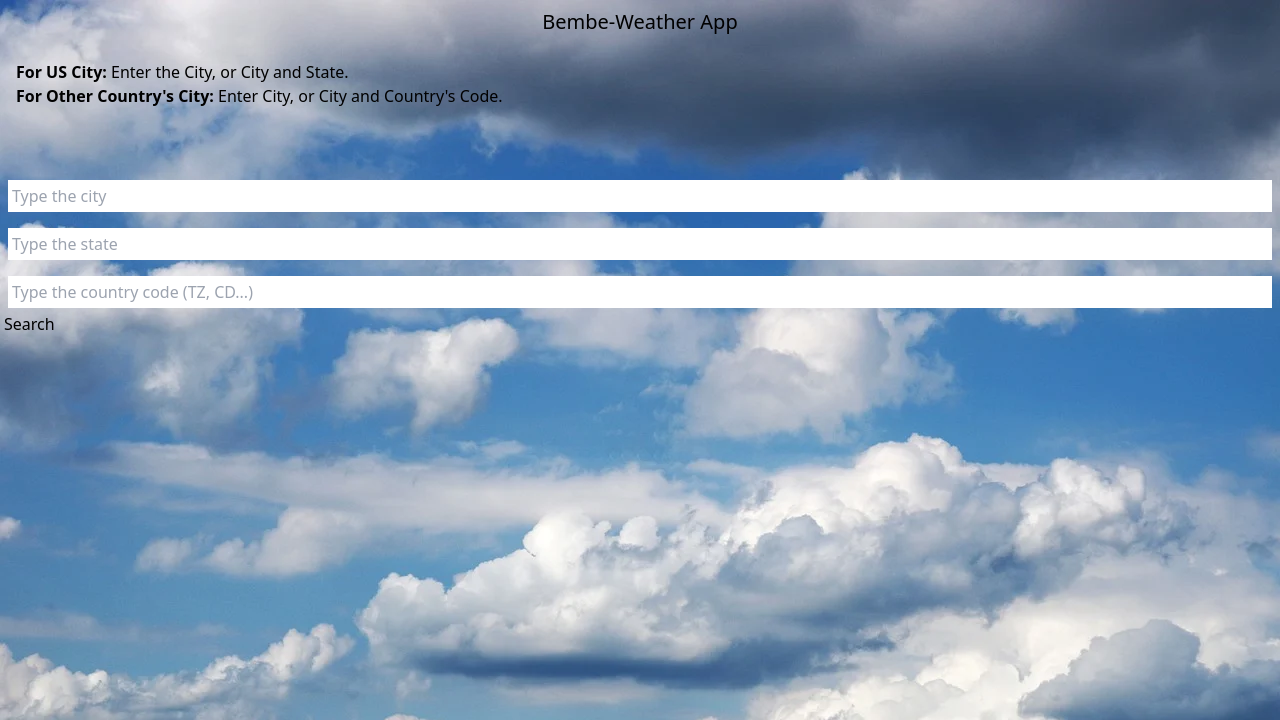
Repository: ShindanoSingi/bembe-weather
Page: /
The author's editor kept a copy of each file at every save. The page is drawn from the files as they stood at one save, then again after the next save.
The browser window is 1280 px wide. The pictures show the whole page.
The page's requests for data from a server got no answer. The project was rebuilt for these pictures with package versions that can differ from the ones it lists, and the page was loaded fresh each time. No one was signed in, and anything a server would have sent is missing.

Above is the page before, as saved 2022-09-14 03:09:54.

### public/index.html
<!DOCTYPE html>
<html lang="en">

<head>
  <meta charset="utf-8" />
  <link rel="icon" href="%PUBLIC_URL%/favicon.ico" />
  <meta name="viewport" content="width=device-width, initial-scale=1" />
  <meta name="theme-color" content="#000000" />
  <meta name="description" content="Web site created using create-react-app" />
  <link rel="apple-touch-icon" href="%PUBLIC_URL%/logo192.png" />
  <!--
      manifest.json provides metadata used when your web app is installed on a
      user's mobile device or desktop. See https://developers.google.com/web/fundamentals/web-app-manifest/
    -->
  <link rel="manifest" href="%PUBLIC_URL%/manifest.json" />
  <!--
      Notice the use of %PUBLIC_URL% in the tags above.
      It will be replaced with the URL of the `public` folder during the build.
      Only files inside the `public` folder can be referenced from the HTML.

      Unlike "/favicon.ico" or "favicon.ico", "%PUBLIC_URL%/favicon.ico" will
      work correctly both with client-side routing and a non-root public URL.
      Learn how to configure a non-root public URL by running `npm run build`.
    -->
  <title>React Weather</title>
</head>

<body>
  <noscript>You need to enable JavaScript to run this app.</noscript>
  <div id="root"></div>
  <!--
      This HTML file is a template.
      If you open it directly in the browser, you will see an empty page.

      You can add webfonts, meta tags, or analytics to this file.
      The build step will place the bundled scripts into the <body> tag.

      To begin the development, run `npm start` or `yarn start`.
      To create a production bundle, use `npm run build` or `yarn build`.
    -->
</body>

</html>

### src/components/SearchForm.js
import React from "react";

const SearchForm = ({
  city,
  state,
  country,
  handleSubmit,
  handleChangeCity,
  handleChangeState,
  handleChangeCountry,
}) => {
  return (
    <div >
      <form className="form-container" onSubmit={handleSubmit} d-flex>
        <div className="flex flex-col gap-4">
          <input
          className="p-1 mx-2 cityInput"
          placeholder="Type the city"
          type="text"
          name="SearchString"
          onChange={handleChangeCity}
          value={city}
          required
        />

        {/* Country input */}
        <input
          className="p-1 mx-2 countryInput"
          placeholder="Type the state"
          type="text"
          name="SearchString"
          onChange={handleChangeState}
          value={state}
        />

        {/* Country input */}
        <input
          className="p-1 mx-2 countryInput"
          placeholder="Type the country code (TZ, CD...)"
          type="text"
          name="SearchString"
          onChange={handleChangeCountry}
          value={country}
        />
        </div>
        {/* City Input */}


        <button className="p-1 submitButton" type="submit">
          Search
        </button>
      </form>
    </div>
  );
};

export default SearchForm;

Loaded but not shown: src/index.js (common file); src/index.css (common file); tailwind.config.js (common file); src/components/weatherPage.js (255 lines, source omitted); src/App.js (116 lines, source omitted); src/App.css (1402 lines, source omitted)

After the next save:
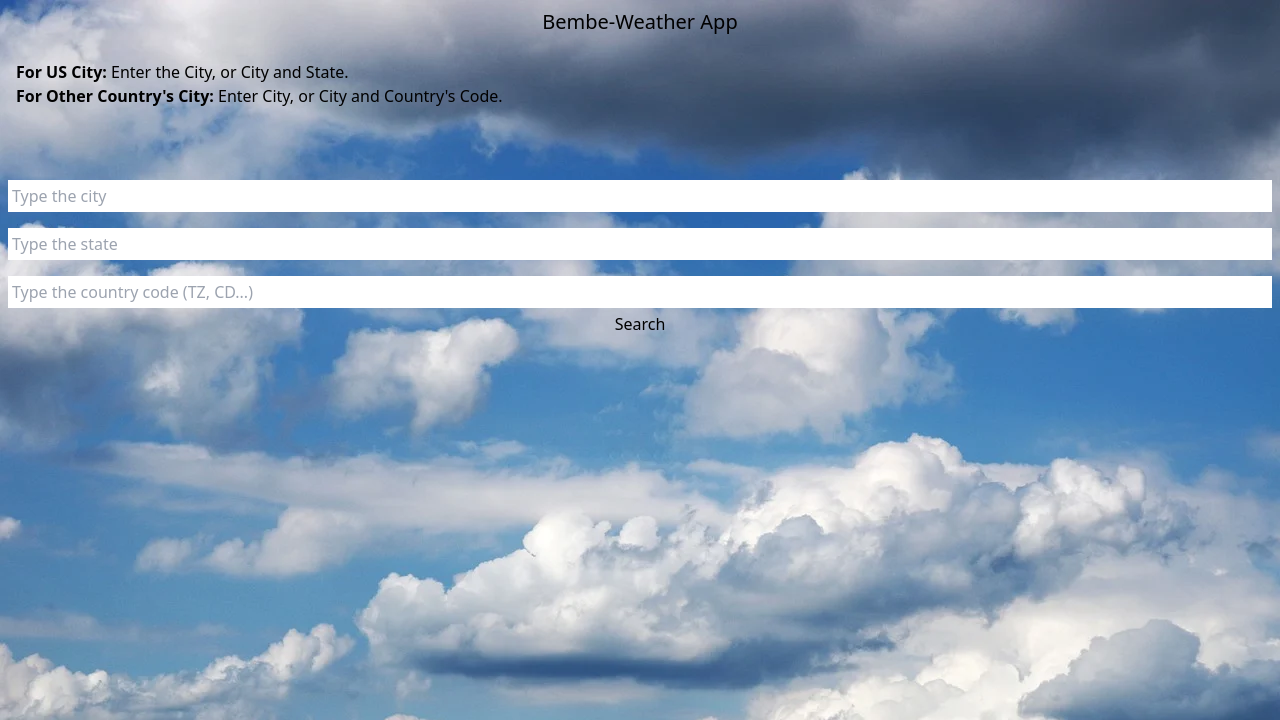
Saved 18 s later.
--- a/src/components/SearchForm.js
+++ b/src/components/SearchForm.js
@@ -11,7 +11,7 @@ const SearchForm = ({
 }) => {
   return (
     <div >
-      <form className="form-container" onSubmit={handleSubmit} d-flex>
+      <form className="flex flex-col form-container" onSubmit={handleSubmit} d-flex>
         <div className="flex flex-col gap-4">
           <input
           className="p-1 mx-2 cityInput"
